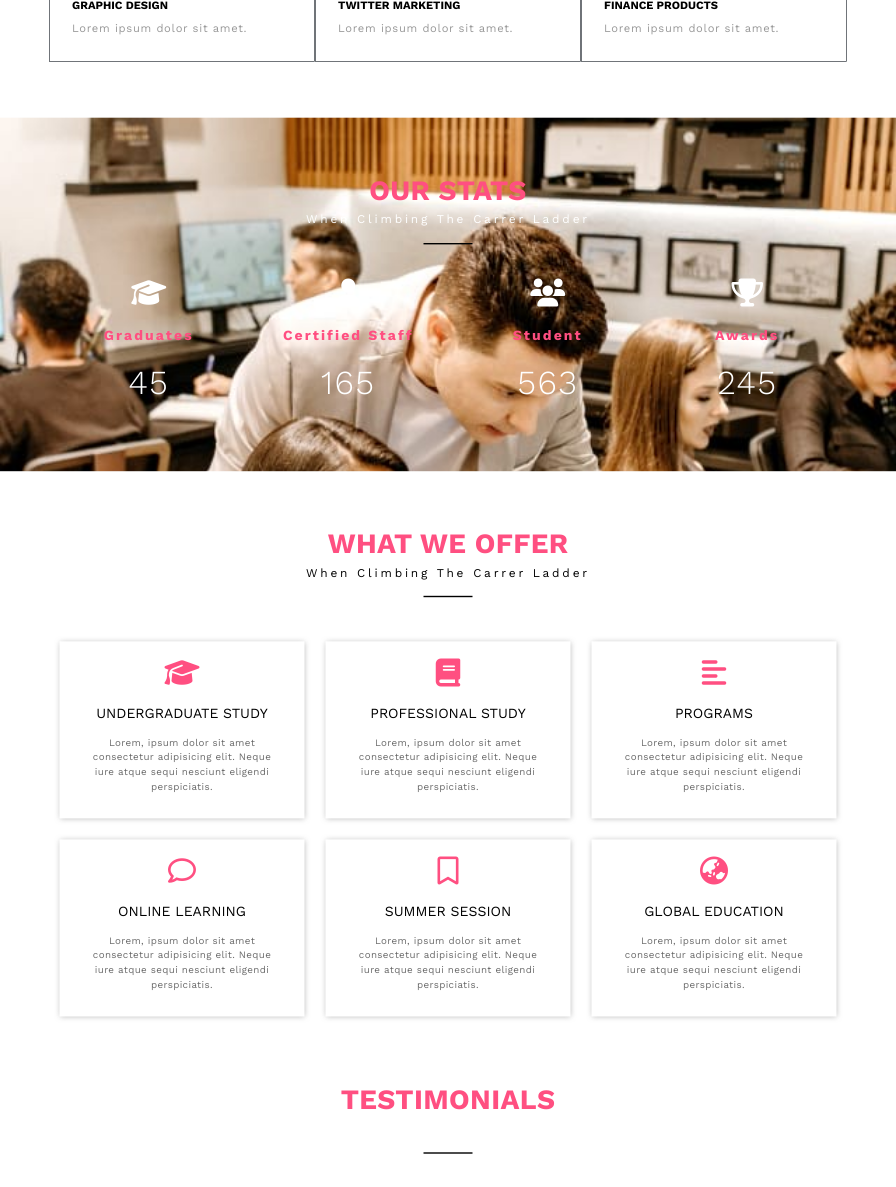
Repository: tudo1611/BC44_BOOTSTRAP_B7_INSTRUCTION_DO-TRUNG-TU
Page: index.html
These files come from the project's save history. The page is drawn as it stood at one moment and after a run of saves; the edit follows.
The browser window is 1280 px wide. The pictures show the part of the page from y = 1633 to 3553 px (the page is 3329 px tall before and 3553 px after), at 70% of full size.
Backgrounds fixed to the window are drawn as part of the page.

Above is the page before, as saved 2023-01-20 14:18:49.

After the next 2 saves:
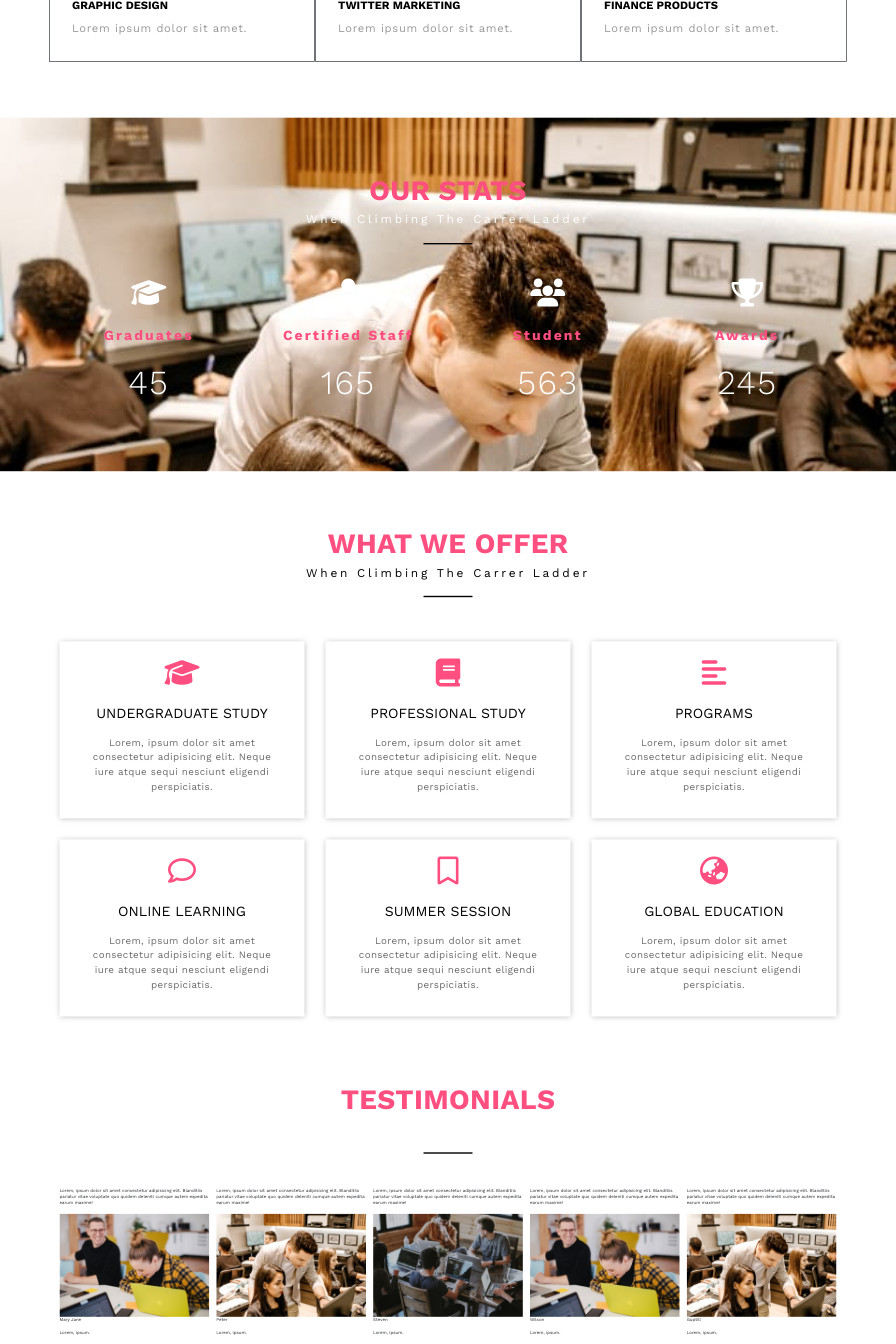
The 2 saves are shown as one change because they came seconds apart.
The last was saved 44 s later.
--- a/index.html
+++ b/index.html
@@ -437,6 +437,24 @@
     ></script>
     <!-- owl js  -->
     <script src="./js/owl.carousel.min.js"></script>
+    <script>
+      $('.owl-carousel').owlCarousel({
+    loop:true,
+    margin:10,
+    nav:true,
+    responsive:{
+        0:{
+            items:1
+        },
+        600:{
+            items:3
+        },
+        1000:{
+            items:5
+        }
+    }
+})
+    </script>
     <!-- bs4 js  -->
     <script
       src="https://cdn.jsdelivr.net/npm/bootstrap@4.5.3/dist/js/bootstrap.bundle.min.js"
